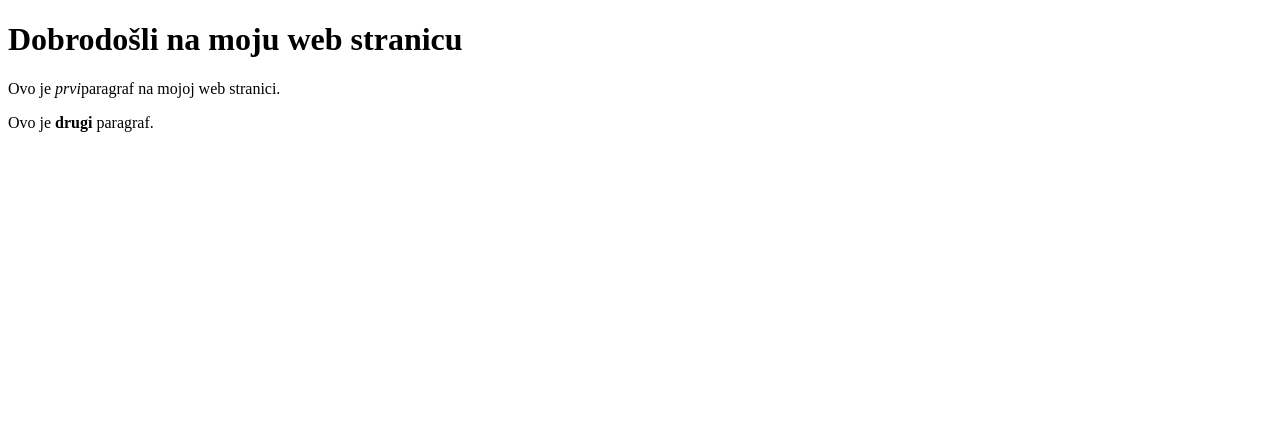
Repository: larabiondic/wp_biondic_lara
Page: Kolokvij 1/index.html
An editor plug-in stored every save of this project. The page is shown before and after the next save, followed by the edit.
The browser window is 1280 px wide. The pictures show the whole page.

Above is the page before, as saved 2025-11-10 15:09:51.

After the next save:
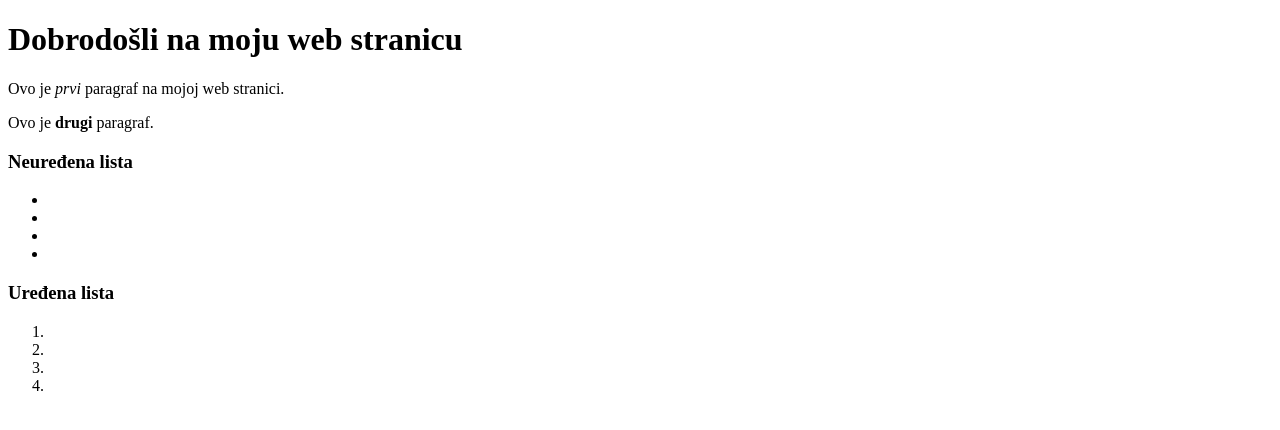
Saved 107 s later.
--- a/Kolokvij 1/index.html
+++ b/Kolokvij 1/index.html
@@ -10,7 +10,21 @@
 </head>
 <body>
     <h1>Dobrodošli na moju web stranicu</h1>
-    <p>Ovo je <em>prvi</em>paragraf na mojoj web stranici.</p>
+    <p>Ovo je <em>prvi</em> paragraf na mojoj web stranici.</p>
     <p>Ovo je <strong>drugi</strong> paragraf.</p>
+    <h3>Neuređena lista</h3>
+    <ul>
+        <li></li>
+        <li></li>
+        <li></li>
+        <li></li>
+    </ul>
+    <h3>Uređena lista</h3>
+    <ol>
+        <li></li>
+        <li></li>
+        <li></li>
+        <li></li>
+    </ol>
 </body>
 </html>
